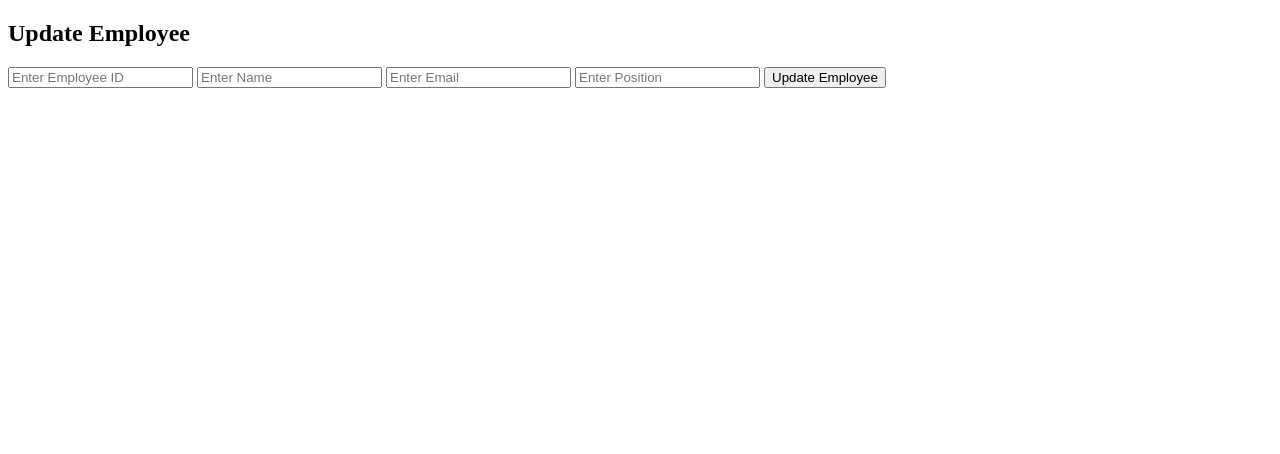
Repository: KhushiGor/J2EE-Project
Page: http://localhost/HRMS/updateEmployee
These files come from the project's save history. The page is drawn as it stood at one moment and after the next save; the edit follows.
The browser window is 1280 px wide. The pictures show the whole page.
The page is served by Tomcat 10.

Above is the page before, as saved 2024-12-05 03:18:09.

After the next save:
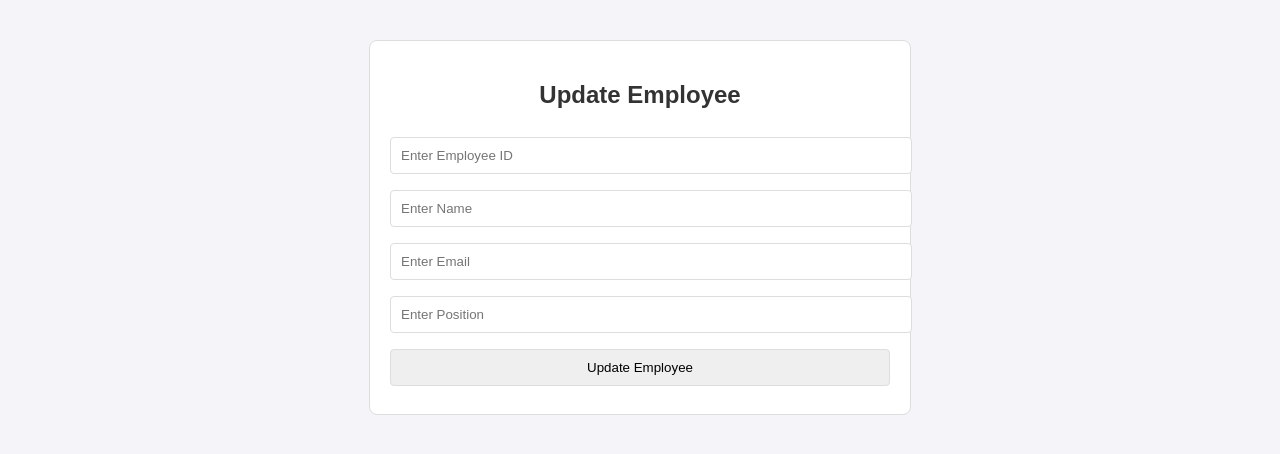
Saved 55 s later.
--- a/HRMS/src/main/webapp/view/update-Employee.jsp
+++ b/HRMS/src/main/webapp/view/update-Employee.jsp
@@ -6,7 +6,39 @@
 <meta charset="UTF-8">
 <title>update-Employee</title>
 <meta name="viewport" content="width=device-width, initial-scale=1.0">
-<style type="text/css"></style>
+<style type="text/css">
+body {
+    font-family: Arial, sans-serif;
+    margin: 0;
+    padding: 20px;
+    background-color: #f4f4f9;
+}
+h1, h2 {
+    text-align: center;
+    color: #333;
+}
+.form-container {
+    max-width: 500px;
+    margin: 20px auto;
+    padding: 20px;
+    background-color: #fff;
+    border: 1px solid #ddd;
+    border-radius: 8px;
+}
+.form-container input, .form-container select, .form-container button {
+    width: 100%;
+    padding: 10px;
+    margin: 8px 0;
+    border: 1px solid #ddd;
+    border-radius: 4px;
+}
+.response {
+    margin-top: 20px;
+    text-align: center;
+    color: #333;
+    font-weight: bold;
+}
+</style>
 </head>
 <body>
 
